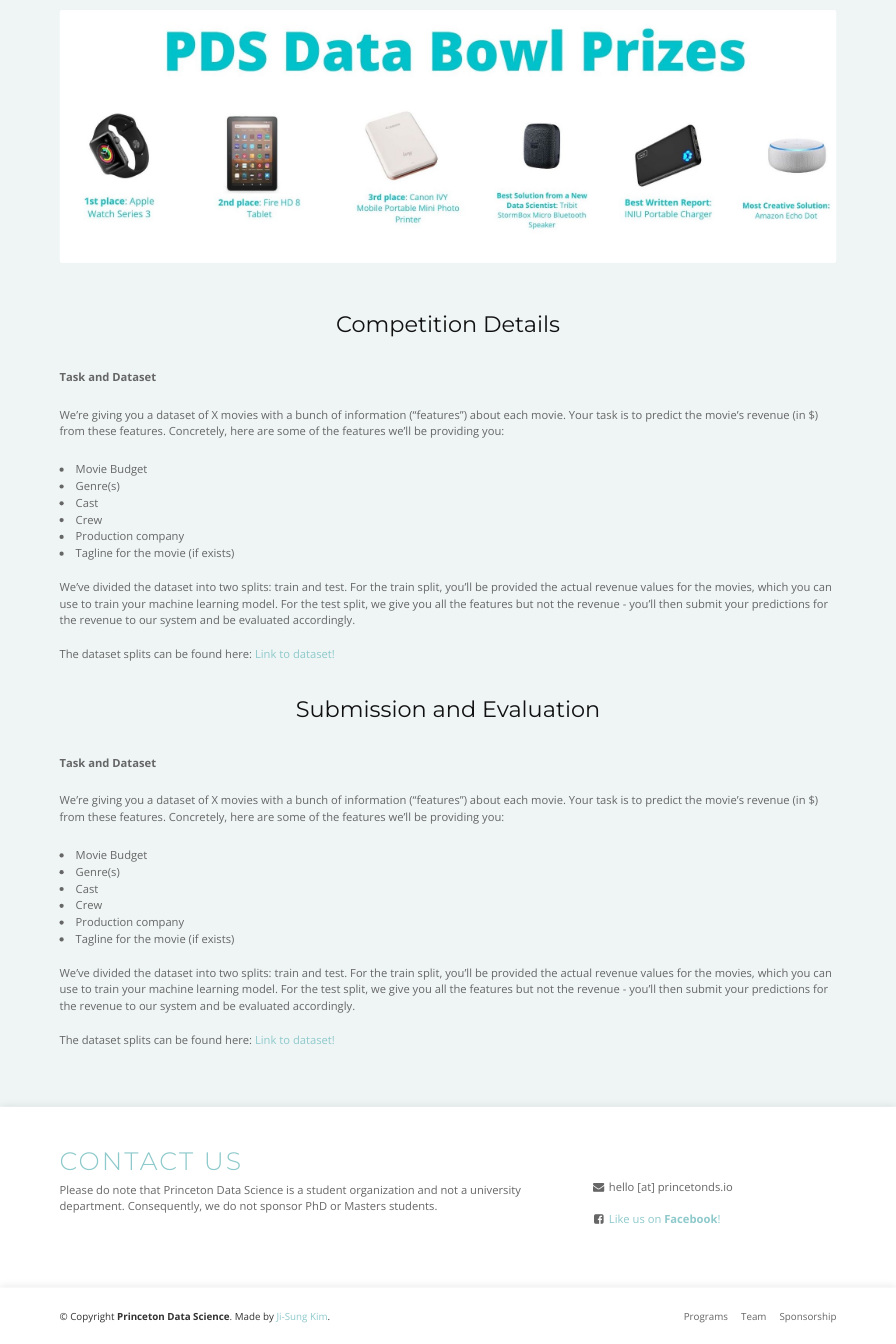
Repository: princetonds/princetonds.github.io
Page: team2.html
The author's editor kept a copy of each file at every save. The page is drawn from the files as they stood at one save, then again after the next save.
The browser window is 1280 px wide. The pictures show the part of the page from y = 920 to 2840 px (the page is 2840 px tall before and 2781 px after), at 70% of full size.

Above is the page before, as saved 2021-03-20 22:51:18.
Console error: TypeError: Cannot read properties of null (reading 'innerHTML')

After the next save:
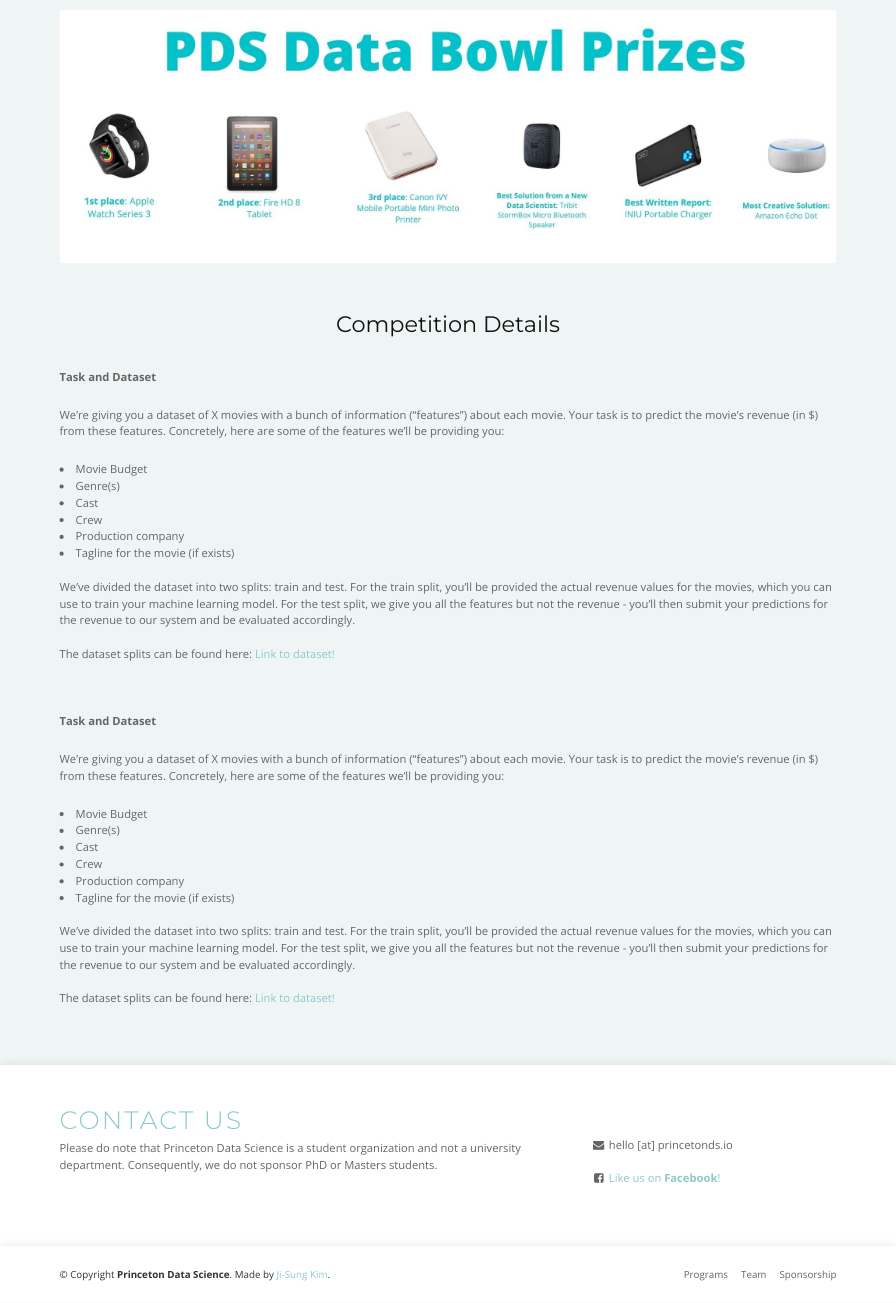
Saved 22 s later.
--- a/team2.html
+++ b/team2.html
@@ -170,7 +170,6 @@
     <br>
     <div class="container">
       <div class="section-header">
-        <h3 class="section-title">Submission and Evaluation</h3>
             <br>
             <p><strong>Task and Dataset</strong></p>
             <p>
